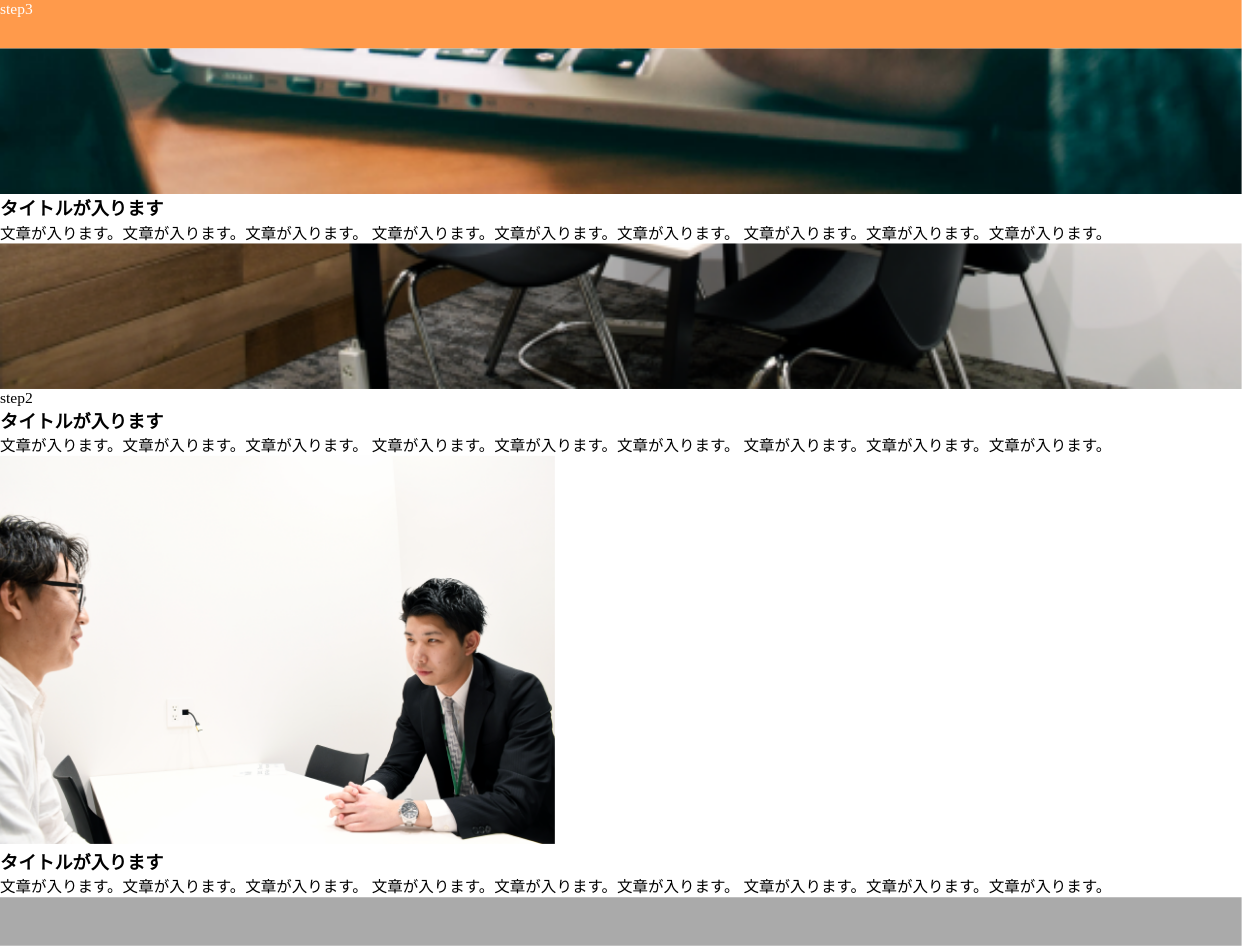
Repository: eyaonu/application2
Page: chapter9/answer9.html
The author's editor kept a record of every edit. The page is drawn from the files as they stood at one moment, then again after the next edit.
The browser window is 1280 px wide. The pictures show the whole page, at 97% of full size.

Above is the page before.

### chapter9/answer9.html
<!DOCTYPE html>
<html lang="ja">
  <head>
    <meta charset="UTF-8" />
    <!-- CSSファイルの読み込み -->
    <title>answer9</title>
    <link rel="stylesheet" href="style9.css" />
  </head>

  <body>
    <header></header>
    <main>
      <div claas="content-box">
      <div claas="step-box">
        <span class="step-num">step1</span>
        <div class="step-img1"></div>
        <!--<img claas="img" src="img/flow01.png" />-->
        <h3 claas="title">タイトルが入ります</h3>
        <p class="text">
          文章が入ります。文章が入ります。文章が入ります。
          文章が入ります。文章が入ります。文章が入ります。
          文章が入ります。文章が入ります。文章が入ります。
        </p>
      </div>

      <div claas="step-box">
        <div class="step-img2"></div>
        <!--<img claas="img" src="img/flow02.png" />-->
        <span claas="step-num">step2</span>
        <h3 claas="title">タイトルが入ります</h3>
        <p class="text">
          文章が入ります。文章が入ります。文章が入ります。
          文章が入ります。文章が入ります。文章が入ります。
          文章が入ります。文章が入ります。文章が入ります。
        </p>
      </div>

      <div claas="step-box">
        <div claas="step-img3"></div>
        <img claas="img" src="img/flow03.png" />
        <span class="step-num">step3</span>
        <div claas="step-box">
        <h3>タイトルが入ります</h3>
        <p class="text">
          文章が入ります。文章が入ります。文章が入ります。
          文章が入ります。文章が入ります。文章が入ります。
          文章が入ります。文章が入ります。文章が入ります。
        </p>
      </div>
    </div>
    </main>
    <footer></footer>
  </body>
</html>

### chapter9/style9.css
* {
  box-sizing: border-box;
  margin: 0;
  padding: 0;
}

header {
  width: 100%;
  height: 50px;
  background-color: #FF9A4B;
}

main {
  width: 100%;
}

.content-box {
  width: 960px;
  margin: 50px auto;
  display: flex;
}

.step-box {
  width: 300px;
  margin-right: 30px;
  padding: 10px;
  position: relative;
  background-color: #EEEEEE;
}

.step-box:last-child {
  margin-right: 0;
}

.step-img1 {
  height: 150px;
  background-image: url(img/flow01.png);
  background-position: bottom;
  background-size: cover;
}

.step-img2 {
  height: 150px;
  background-image: url(img/flow02.png);
  background-position: bottom;
  background-size: cover;
}

.step-img3 {
  height: 150px;
  background-image: url(img/flow03.png);
  background-position: bottom;
  background-size: cover;
}

.step-num {
  position: absolute;
  top: 0;
  left: 0;
  background-color: #FF9A4B;
  color: #FFFFFF;
}

.title {
  margin: 15px 0 5px;
}

footer {
  height: 50px;
  background-color: #AAAAAA;
}

After the next edit:
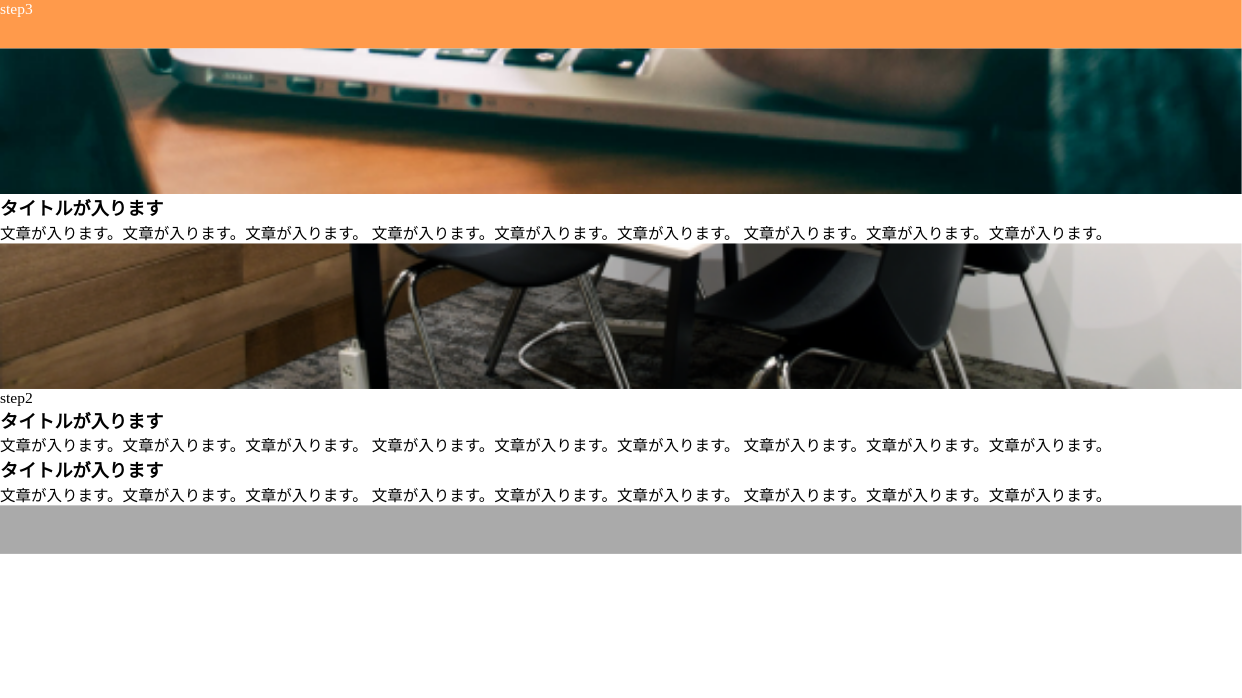
The edit:
--- a/chapter9/answer9.html
+++ b/chapter9/answer9.html
@@ -37,7 +37,7 @@
 
       <div claas="step-box">
         <div claas="step-img3"></div>
-        <img claas="img" src="img/flow03.png" />
+        <!--<img claas="img" src="img/flow03.png" />-->
         <span class="step-num">step3</span>
         <div claas="step-box">
         <h3>タイトルが入ります</h3>
